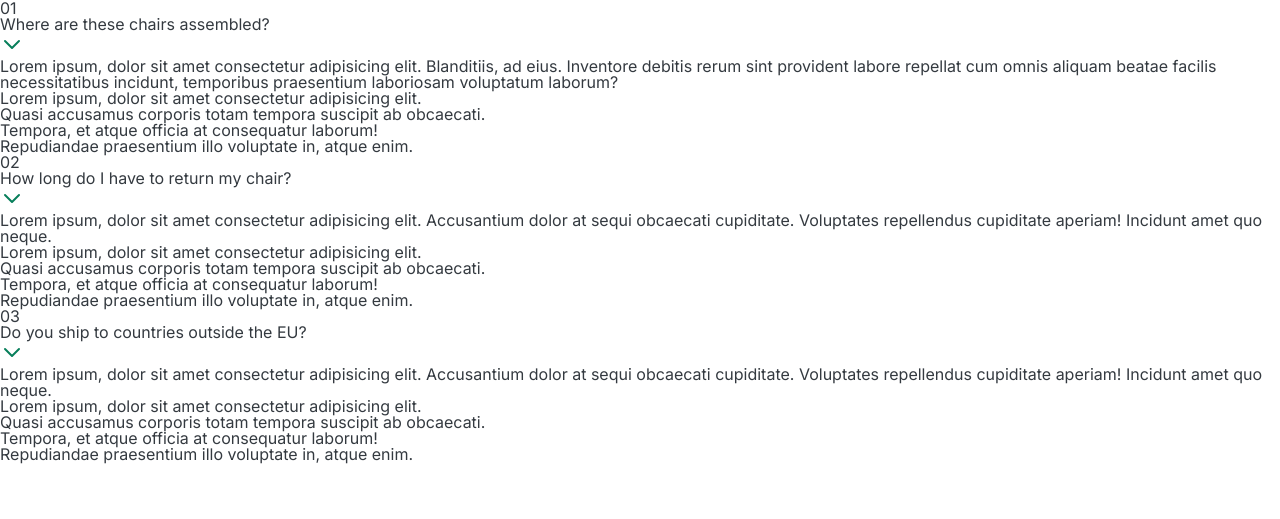
Repository: nghiakma/HTML-CSS-Fundamental
Page: Component_LayoutPatterns/accordion.html
An editor plug-in stored every save of this project. The page is shown before and after the next save, followed by the edit.
The browser window is 1280 px wide. The pictures show the whole page.

Above is the page before, as saved 2023-08-26 11:03:01.

After the next save:
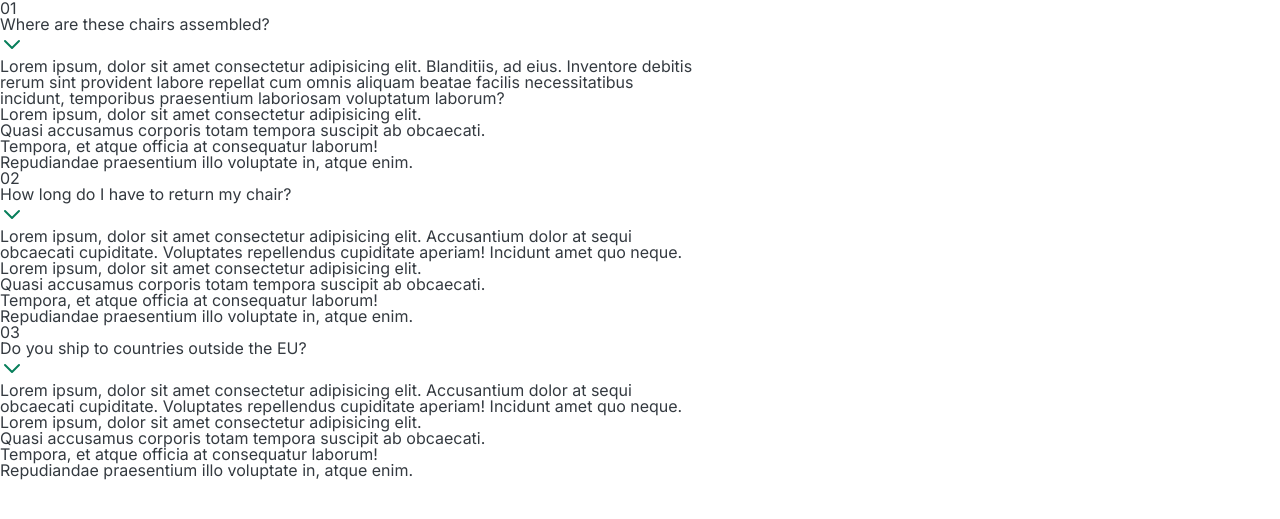
Saved 25 s later.
--- a/Component_LayoutPatterns/accordion.html
+++ b/Component_LayoutPatterns/accordion.html
@@ -27,6 +27,10 @@
       font-family: "Inter", sans-serif;
       color: #343a40;
       line-height: 1;
+    }
+
+    .accordion {
+      width: 700px;
     }
 
     .icon {
